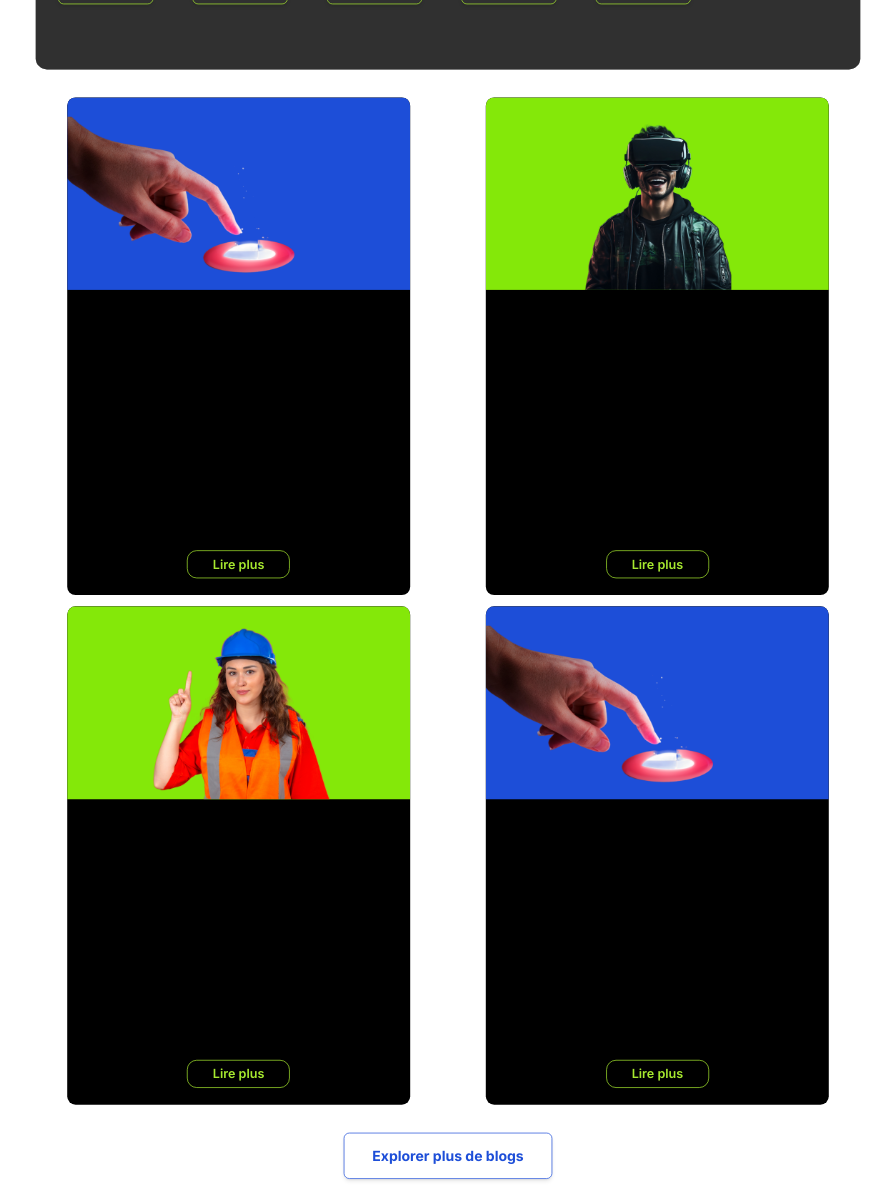
Repository: NassimeElkamari/test
Page: /blogs
An editor plug-in stored every save of this project. The page is shown before and after the next save, followed by the edit.
The browser window is 1280 px wide. The pictures show the part of the page from y = 553 to 2473 px (the page is 2253 px tall before and 2473 px after), at 70% of full size.
Pictures or frames that could not be fetched are drawn as grey boxes. The project was rebuilt for these pictures with package versions that can differ from the ones it lists, and the page was loaded fresh each time. The framework's server and built-in components were replaced by stand-ins that run in the browser. Also part of the build but not shown: next.config.mjs.

Above is the page before, as saved 2024-06-12 16:10:27.

After the next save:
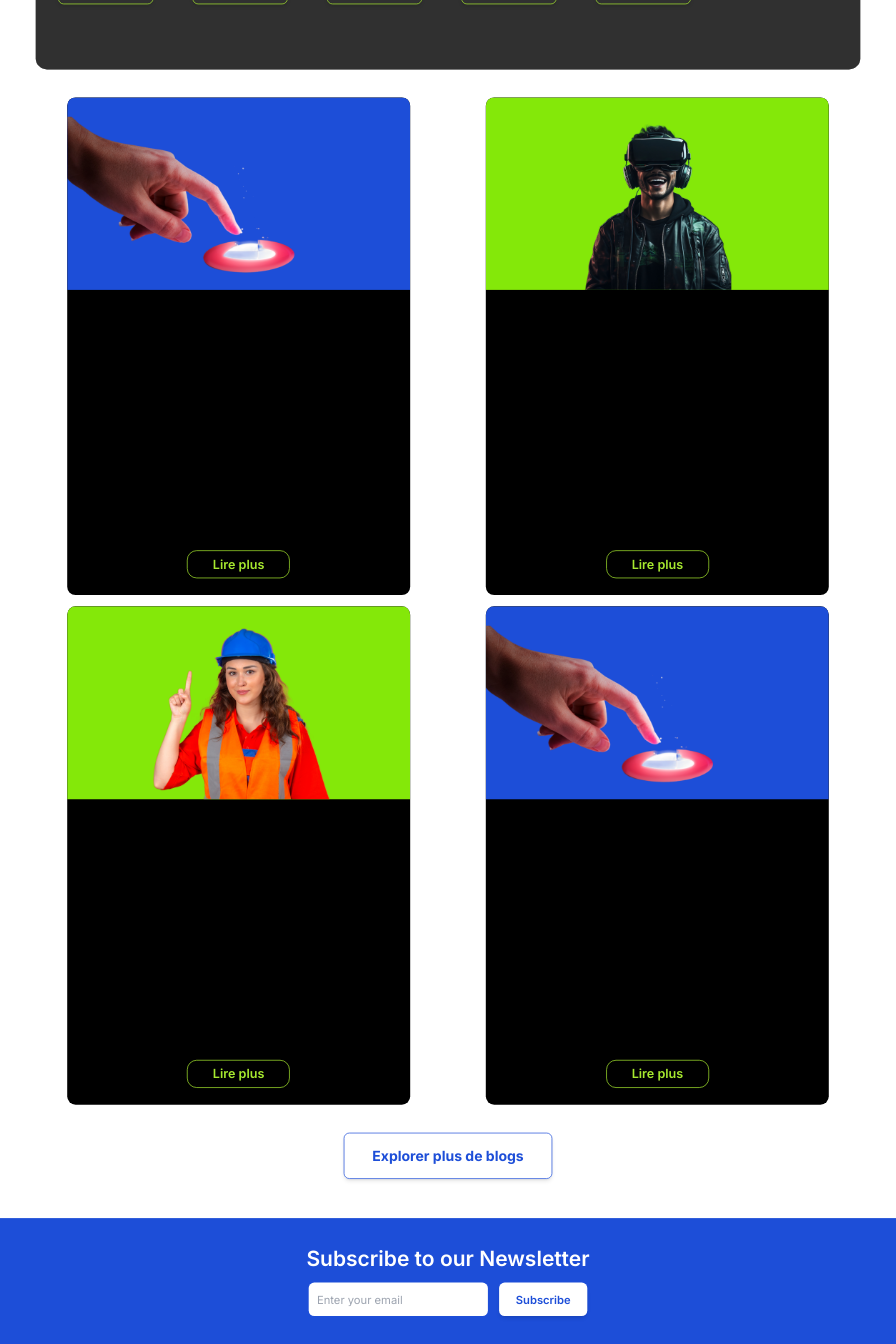
Saved 114 s later.
--- a/src/app/blogs/page.tsx
+++ b/src/app/blogs/page.tsx
@@ -66,6 +66,19 @@ const Blog = () => {
           <h2 className="text-xl font-bold text-[#1D4ED8]">Explorer plus de blogs </h2>
         </button>
       </div>
+      <div className="bg-[#1D4ED8] py-10 mt-10 flex flex-col items-center justify-center">
+        <h2 className="text-3xl font-semibold text-white mb-4">Subscribe to our Newsletter</h2>
+        <div className="flex flex-col items-center sm:flex-row">
+          <input
+            type="email"
+            placeholder="Enter your email"
+            className="w-64 p-3 mb-4 sm:mb-0 sm:mr-4 rounded-lg focus:outline-none"
+          />
+          <button className="bg-white text-[#1D4ED8] font-semibold py-3 px-6 rounded-lg shadow-md hover:bg-gray-200">
+            Subscribe
+          </button>
+        </div>
+      </div>
     </div>
   );
 };
